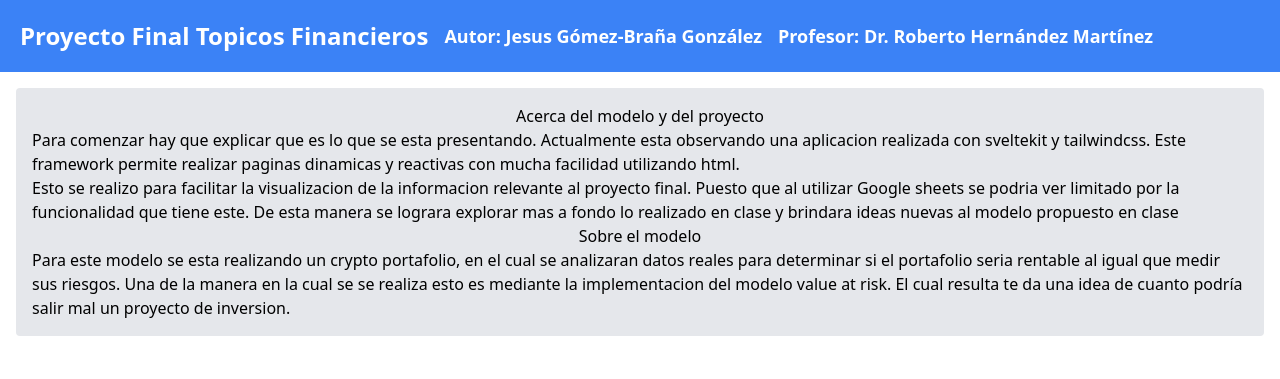
Repository: SistemaACT/Portafolio
Page: /
An editor plug-in stored every save of this project. The page is shown before and after the next save, followed by the edit.
The browser window is 1280 px wide. The pictures show the whole page.
The project was rebuilt for these pictures with package versions that can differ from the ones it lists, and the page was loaded fresh each time. The framework's server and built-in components were replaced by stand-ins that run in the browser. Also part of the build but not shown: svelte.config.js, vite.config.ts.

Above is the page before, as saved 2024-07-07 00:28:20.

After the next save:
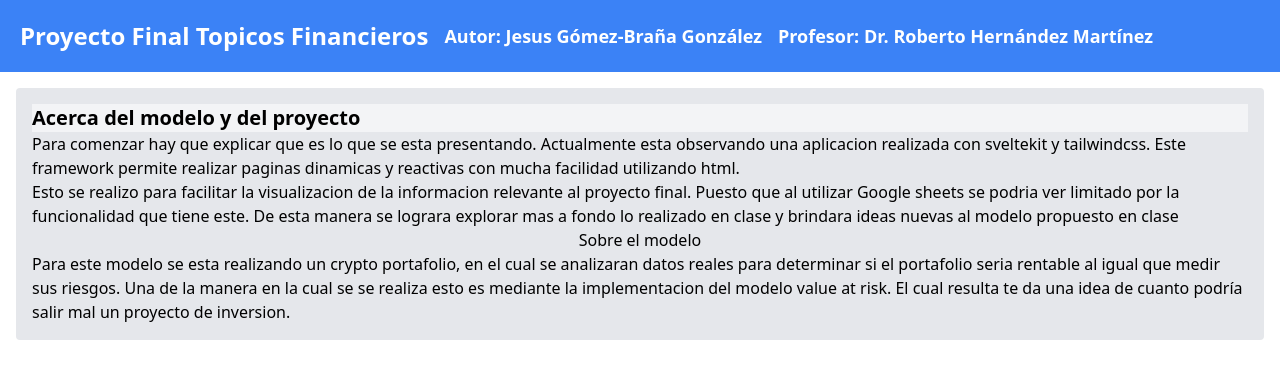
Saved 24 s later.
--- a/src/routes/+page.svelte
+++ b/src/routes/+page.svelte
@@ -8,7 +8,7 @@
 </div>
 
 <div class="bg-gray-200 rounded p-4 flex flex-col items-center m-4">
-    <h2>Acerca del modelo y del proyecto</h2>
+    <h2 class="w-full bg-gray-100 text-xl font-bold">Acerca del modelo y del proyecto</h2>
     <p>
         Para comenzar hay que explicar que es lo que se esta presentando. Actualmente
         esta observando una aplicacion realizada con sveltekit y tailwindcss. Este framework permite
